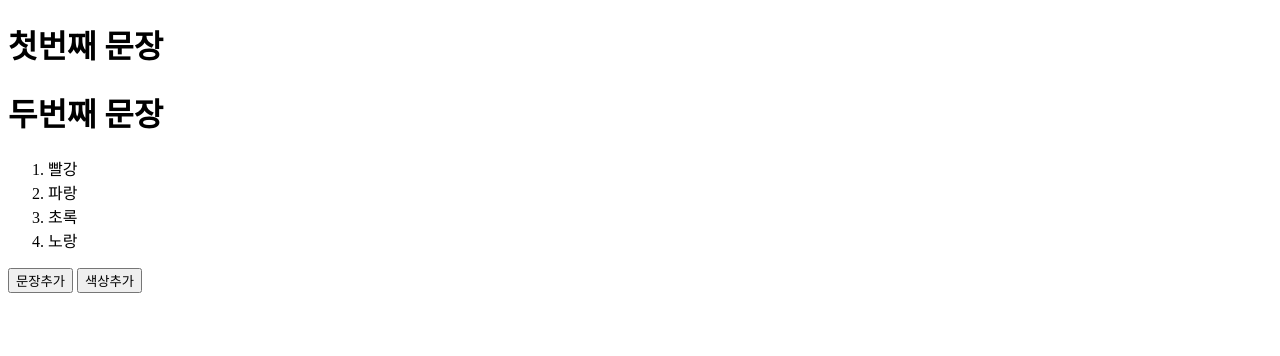
Repository: chopilyeon/JavaWeb
Page: LectureWeb/src/main/webapp/jquery/exam04.html
These files come from the project's save history. The page is drawn as it stood at one moment and after the next save; the edit follows.
The browser window is 1280 px wide. The pictures show the whole page.
After loading, the first visible `#btn02` was clicked once.

Above is the page before, as saved 2022-05-30 08:00:51.

### LectureWeb/src/main/webapp/jquery/exam04.html
<!DOCTYPE html>
<html>
<head>
<meta charset="UTF-8">
<title>Insert title here</title>

<script src ="https://code.jquery.com/jquery-3.6.0.js"></script>
<script>
$(document).ready(function(){
/*
	$('#btn01').click(function(){
		let h1Tag=document.createElement('h1')
		let text=document.createTextNode("세번째 문장")
		h1Tag.appendChild(text)
		let divTag=document.querySelector('div')
		divTag
		divTag.appendChild(h1Tag)
	})
*/	$('#btn01').click(function(){

	//$('div').append('<h1>세번째 문장</h1>')
	$('div').prepend('<h1>세번째 문장</h1>') // 이거는 큰자식으로 들어가게 됨
	//div의 자식태그로 넣어주겠다 이거임. 위에꺼보다 훨씬 간단함.
})
	$('#btn02').click(function(){
		$('ol').append('<li>노랑</li>')
	})




})
</script>



</head>
<body>
	<div>
		<h1>첫번째 문장</h1>
		<h1>두번째 문장</h1>
	</div>
	<ol>
		<li>빨강</li>
		<li>파랑</li>
		<li>초록</li>

	</ol>
	<button id="btn01">문장추가</button>
	<button id="btn02">색상추가</button>

</body>
</html>

After the next save:
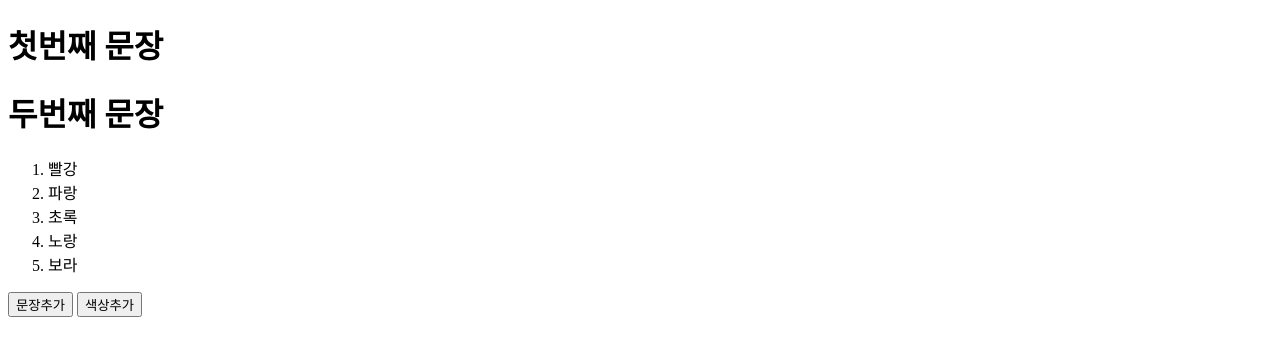
Saved 39 s later.
--- a/LectureWeb/src/main/webapp/jquery/exam04.html
+++ b/LectureWeb/src/main/webapp/jquery/exam04.html
@@ -23,7 +23,7 @@ $(document).ready(function(){
 	//div의 자식태그로 넣어주겠다 이거임. 위에꺼보다 훨씬 간단함.
 })
 	$('#btn02').click(function(){
-		$('ol').append('<li>노랑</li>')
+		$('ol').append('<li>노랑</li>','<li>보라</li>')
 	})
 
 
